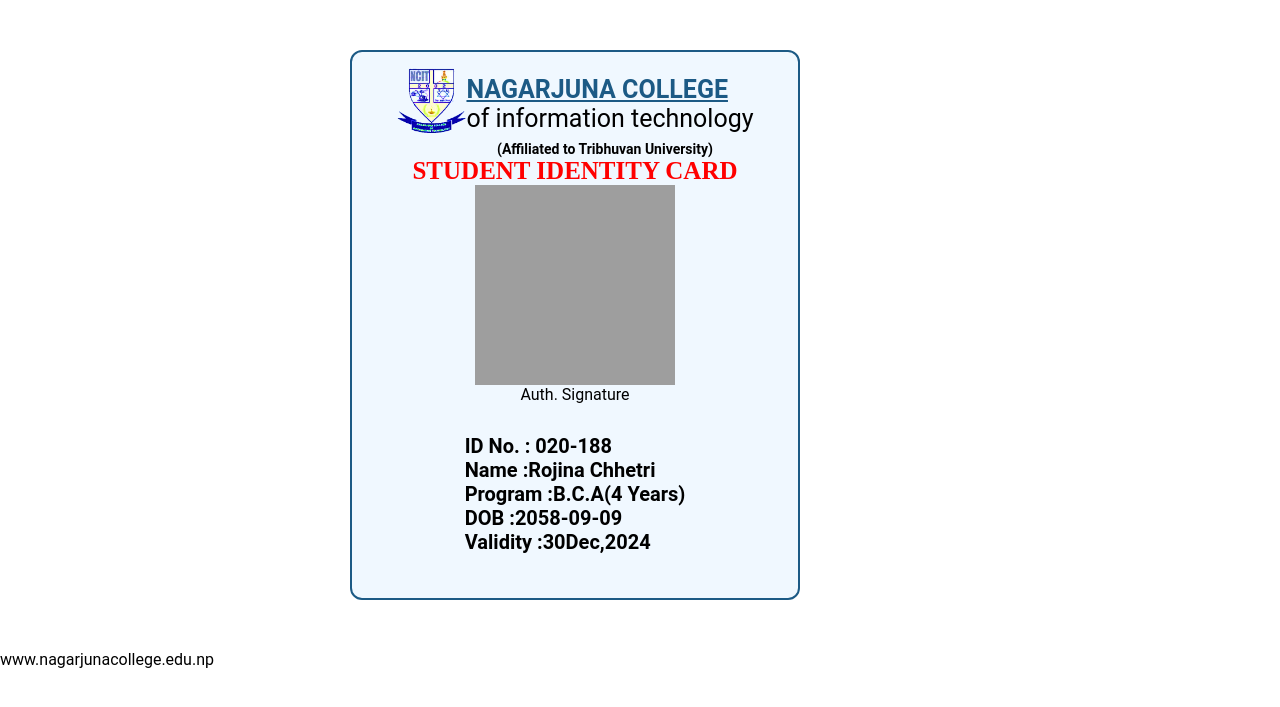
Repository: Rojinachhetri/roji
Page: rojina.html
The author's editor kept a copy of each file at every save. The page is drawn from the files as they stood at one save, then again after the next save.
The browser window is 1280 px wide. The pictures show the whole page.
Pictures or frames that could not be fetched are drawn as grey boxes.

Above is the page before, as saved 2023-04-24 23:06:05.

After the next save:
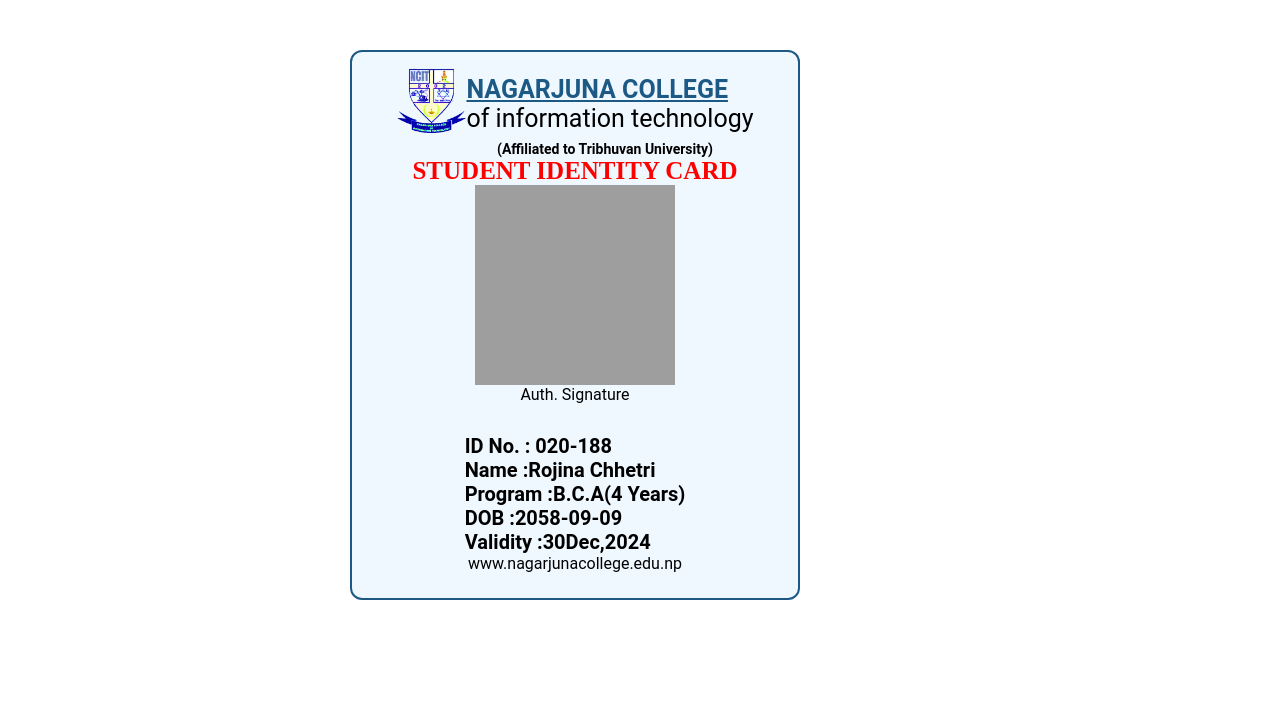
Saved 17 s later.
--- a/rojina.html
+++ b/rojina.html
@@ -33,9 +33,9 @@
             <div>DOB :2058-09-09</div>
             <div>Validity :30Dec,2024</div>
         </div>
+        <div class="footer">www.nagarjunacollege.edu.np</div>
+    </div>
 
-    </div>
-    <div class="footer">www.nagarjunacollege.edu.np</div>
 
 
 </body>
